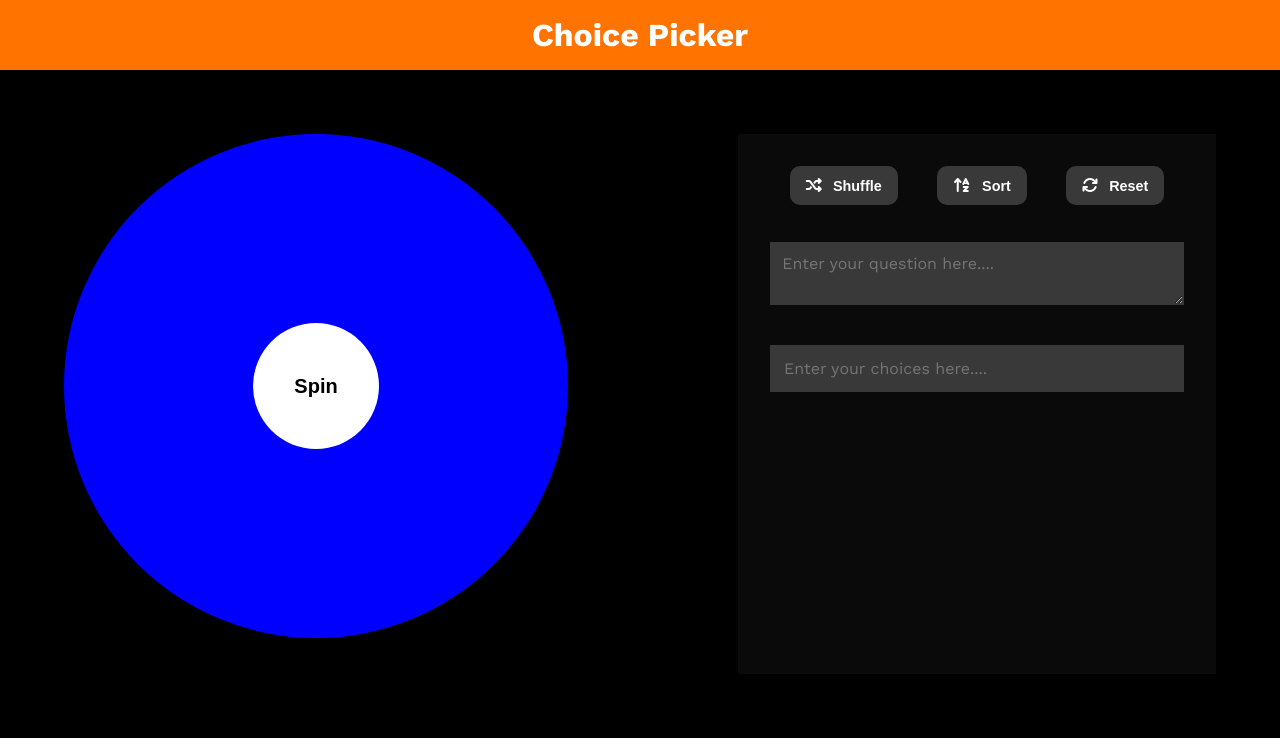
Repository: emiliaiwu/choice_wheel_spinner
Page: index.html
The author's editor kept a copy of each file at every save. The page is drawn from the files as they stood at one save, then again after the next save.
The browser window is 1280 px wide. The pictures show the whole page.
Some web libraries are served in a nearby version.

Above is the page before, as saved 2023-01-10 04:31:42.

### index.html
<!DOCTYPE html>
<html lang="en">
<head>
    <meta charset="UTF-8">
    <meta http-equiv="X-UA-Compatible" content="IE=edge">
    <meta name="viewport" content="width=device-width, initial-scale=1.0">
    <script src="https://kit.fontawesome.com/fd9c36575f.js" crossorigin="anonymous"></script>
    <link rel="stylesheet" href="style.css">
    <script defer src="script.js"></script>
    <title>Choice Picker</title>
</head>
<body>
    <header>
        <h1>Choice Picker</h1>
    </header>
    <div class="container">
        <div class="choice_picker_container">
            <div class="choice_picker">
                <div class="wheel">
                    <button class="spin">
                        <h2>Spin</h2>
                    </button>
                </div>
            </div>
            <div class="choice_details">
                <div class="choice_style">
                    <button class="shuffle btn"><i class="fa-solid fa-shuffle"></i>Shuffle</button>
                    <button class="sort btn"><i class="fa-solid fa-arrow-up-a-z"></i>Sort</button>
                    <button class="reset btn"><i class="fa-solid fa-arrows-rotate"></i>Reset</button>
                </div>
                <div class="question">
                    <textarea name="question" id="question" placeholder="Enter your question here...."></textarea>
                </div>
                <div class="make_choices">
                    <input type="text" placeholder="Enter your choices here...." id="choices">
                    <!-- <textarea name="choices" id="choices" placeholder="Enter your choices here...."></textarea> -->
                </div>
                <div class="listed_choices">
                    <!-- <span class="choice">Berry</span>
                    <span class="choice">Berry question</span>
                    <span class="choice">Berry</span>
                    <span class="choice">Berry question</span>
                    <span class="choice">Berry</span>
                    <span class="choice">Berry question</span>
                    <span class="choice">Berry</span>
                    <span class="choice">Berry question</span> -->
                </div>
            </div>
        </div>
        <div class="display hidden">
            <div class="display_question">
                <p class="displayed_question">createElement() method creates the HTML element.</p>
                <i class="fa-solid fa-xmark"></i>
            </div>
            <div class="display_answer">
                <p class="picked_choice">Fatima</p>
            </div>
        </div>
    </div>
</body>
</html>

### style.css
@import url('https://fonts.googleapis.com/css2?family=Work+Sans:ital,wght@0,400;0,500;1,600;2,700&display=swap');

* {
    padding: 0;
    margin: 0;
    box-sizing: border-box;
}


body {
    background-color: #000000;
    font-family: 'Work Sans', sans-serif;
    max-width: 100vw;
    min-height: 100vh;
    color: #ffffff;

}

header {
    height: 70px;
    width: 100%;
    background-color:rgb(255, 115, 0);
}

header,
.spin,
.display_question i {
    display: flex;
    align-items: center;
    justify-content: center;

}

.container {
    padding: 5%;
}

.container,
.choice_picker {
    width: 100%;
    height: 100%;
}

.choice_picker_container {
    display: flex;
    align-items: flex-start;
    justify-content: space-between;
    gap: 2rem;
}

.wheel {
    width: 70vmin;
    height: 70vmin;
    background-color: blue;
    border-radius: 50%;
    position: relative;
}

.spin {
    width: 25%;
    height: 25%;
    background-color: #FFFFFF;
    position: absolute;
    border-radius: 50%;
    top: 50%;
    left: 50%;
    transform: translate(-50%, -50%);
    outline: none;
    border: none;
    cursor: pointer
}


.choice_details {
    padding: 2rem;
    height: 75vh;
    width: 70%;
    background-color: #0a0a0a;
    display: flex;
    flex-direction: column;
    gap: 2rem;

}

.choice_style {
    display: flex;
    justify-content: space-around;
    align-items: center;
    /* margin-bottom: 2rem; */
}

.btn {
    cursor: pointer;
    padding: .7rem 1rem;
    font-size: .9rem;
    font-weight: 600;
    border-radius: 10px;
    background-color: #393939;
    border: none;
    color: #FFFFFF;
}

.fa-solid {
    margin-right: .7rem;
    font-size: 1rem;
}

label {
    font-weight: 600;
    font-size: 1.1rem;
}


textarea {
    padding: .7rem;
    width: 100%;
    font-size: 1rem;
    border: 1px solid #393939;
    outline: none;
    margin-top: .3rem;
    background-color: #393939;
    color: #FFFFFF;
    font-family: inherit;
}

input[type="text"] {
    padding: .8rem;
    width: 100%;
    font-size: 1rem;
    border: 1px solid #393939;
    outline: none;
    margin-top: .3rem;
    background-color: #393939;
    color: #FFFFFF;
    font-family: inherit;
}

.listed_choices {
    width: 100%;
    height: 100%;
}

.choice {
    display: inline-block;
    padding: .7rem 1rem;
    background-color: blueviolet;
    border-radius: 10px;
    margin: 0 5px 12px 5px;
}






/* DISPLAY ANSWER */
.hidden {
    display: none;
}

.display {
    position: absolute;
    width: 60%;
    border-radius: 15px;
    overflow: hidden;
    box-shadow: -11px 13px 14px -15px rgba(0,0,0,0.75);
    -webkit-box-shadow: -11px 13px 14px -15px rgba(0,0,0,0.75);
    -moz-box-shadow: -11px 13px 14px -15px rgba(0,0,0,0.75);
}

.display_question {
    height: 80px;
    background-color: rgb(32, 183, 105);
    padding: 2rem ;
    display: flex;
    justify-content: space-between;
    align-items: center;
}

.displayed_question {
    font-size: 1.2rem;
}

.display_question i {
    width: 30px;
    height: 30px;
    background-color: none;
    border-radius: 50%;
    transition: .3s ease;
    cursor: pointer

}

.fa-xmark{
    font-size: 1.2rem;
}

.display_question i:hover {
    background-color: #ffffff49;
}


.display_answer {
    height: 150px;
    background-color: #0a0a0a;
    display: flex;
    justify-content: center;
    align-items: center;
}

.picked_choice {
    font-size: 2rem;
}


@media only screen and (max-width: 600px) {
    .choice_picker_container {
        flex-direction: column;
        justify-content: center;
        align-items: center;
    }
}

### script.js
'use strict';


// Select elements
const questionTextArea = document.getElementById('question');
const choicesTextArea = document.getElementById('choices');
const choiceContainer = document.querySelector('.listed_choices');
const wheelColors = ['red', 'orange', 'yellow', 'green', 'blue', 'blueviolet'];
const wheel = document.querySelector('.wheel');

let choices;


const createChoiceTags = () => {
    const choice = document.createElement('span');
    choice.classList.add('choice');
    choice.innerText = choicesTextArea.value;
    choiceContainer.prepend(choice);
    choicesTextArea.value = '';
    console.log(choice);



}

const getNumberOfChoices = () => {
    choices = choiceContainer.children.length;
	return choices;
};



choicesTextArea.addEventListener('keydown', (e) => {
	if (e.key === 'Enter') {
        createChoiceTags();
        getNumberOfChoices();
	}
});

After the next save:
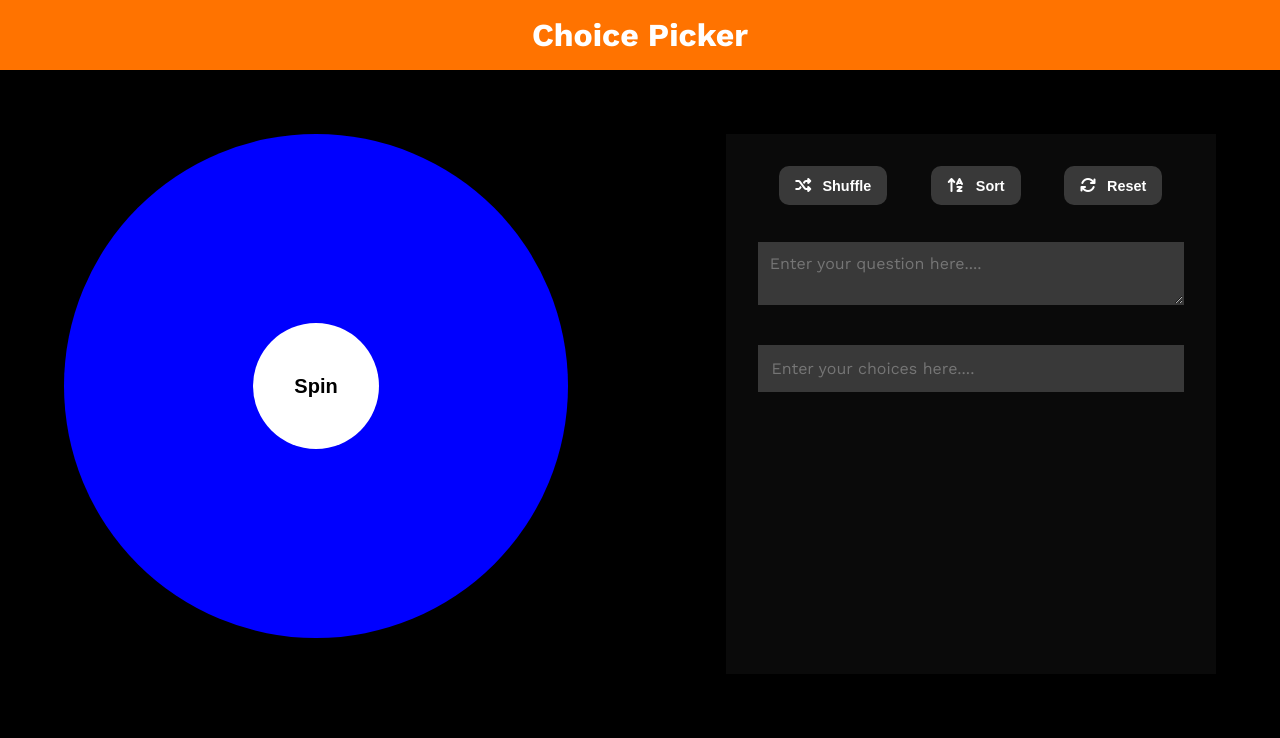
Saved 118 s later.
--- a/style.css
+++ b/style.css
@@ -45,7 +45,7 @@ header,
     display: flex;
     align-items: flex-start;
     justify-content: space-between;
-    gap: 2rem;
+    /* gap: 2rem; */
 }
 
 .wheel {
